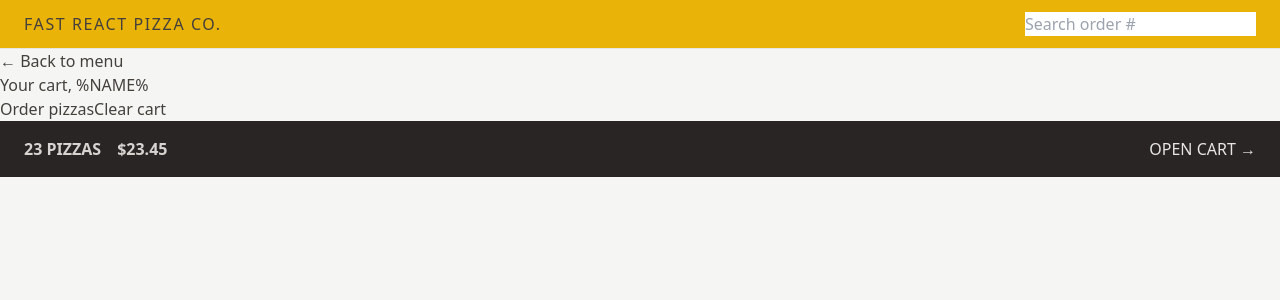
Repository: masamichan/pizza-vite
Page: /cart
An editor plug-in stored every save of this project. The page is shown before and after the next save, followed by the edit.
The browser window is 1280 px wide. The pictures show the whole page.
The project was rebuilt for these pictures with package versions that can differ from the ones it lists, and the page was loaded fresh each time. Also part of the build but not shown: vite.config.js, src/ui/Home.jsx, src/services/apiRestaurant.js, src/utils/helpers.js, src/features/menu/MenuItem.jsx, src/features/menu/Menu.jsx, src/features/order/CreateOrder.jsx, src/features/order/Order.jsx and 2 more. Imported but missing from the stored project, and not drawn on this page: src/features/user/CreateUser.

Above is the page before, as saved 2023-12-22 10:26:15.

### src/App.jsx
import { RouterProvider, createBrowserRouter } from "react-router-dom"
import Home from './ui/Home'
import Menu, {loader as menuLoader} from './features/menu/Menu';
import Cart from './features/cart/Cart';
import CreateOrder, {action as createOrderAction} from './features/order/CreateOrder';
import Order, {loader as orderLoader} from "./features/order/Order"
import AppLayout from "./ui/AppLayout";
import Error from "./ui/Error"

const router = createBrowserRouter([
  {
    element: <AppLayout />,
    errorElement: <Error />,
    children: [
  { path: "/", element: <Home/>},
  { path: "/menu", element: <Menu />, loader: menuLoader, errorElement: <Error />},
  {path: "/cart",element: <Cart />},
  {path: "/order/new",element: <CreateOrder />, action: createOrderAction},
  {path: "/order/:orderId", element: <Order />, loader: orderLoader, errorElement: <Error />}
    ],
  },
])




function App() {
  return <RouterProvider router={router} />
}

export default App

### src/ui/AppLayout.jsx
import Header from "./Header"
import Loader from './Loader'
import { Outlet, useNavigation } from "react-router-dom"
import CartOverview from "../features/cart/CartOverview"


function AppLayout() {
  const navigation = useNavigation()
  const isLoading = navigation.state === "loading"
  return (
    <div className="layout">
    {isLoading && <Loader />}

    <Header />
    <main>
      <Outlet />
    </main>
    <CartOverview/>
    </div>
  )
}

export default AppLayout

### src/ui/Header.jsx
import { Link } from 'react-router-dom';
import SearchOrder from '../features/order/SearchOrder';
import UserName from '../features/user/UserName';

function Header() {
  return (
    <header className="flex items-center justify-between border-b border-stone-200 bg-yellow-500 px-4 py-3 uppercase sm:px-6">
      <Link to="/" className="tracking-widest">
        Fast React Pizza Co.
      </Link>
      <SearchOrder />
      <UserName />
    </header>
  );
}

export default Header;

### src/features/cart/CartOverview.jsx
import { Link } from 'react-router-dom';

function CartOverview() {
  return (
    <div className="flex items-center justify-between bg-stone-800 px-4 py-4 text-sm uppercase text-stone-200 sm:px-6 md:text-base">
      <p className="sm-space-x-6 space-x-4 font-semibold text-stone-300">
        <span>23 pizzas</span>
        <span>$23.45</span>
      </p>
      <Link to="/cart">Open cart &rarr;</Link>
    </div>
  );
}

export default CartOverview;

### src/features/order/SearchOrder.jsx
import { useState } from "react"
import { useNavigate } from "react-router-dom";

function SearchOrder() {

  const[query, setQuery] = useState('')
  const navigate = useNavigate()

  function handleSubmit(e) {
    e.preventDefault();
    if(!query) return;
    navigate(`/order/${query}`)
    setQuery("");
  }

  return (
    <form onSubmit={handleSubmit}>
      <input
      placeholder="Search order #"
      value={query}
      onChange={(e) => setQuery(e.target.value)}
      />
    </form>
  )
}

export default SearchOrder

### src/features/user/UserName.jsx

function UserName() {
  return (
    <div className="text-sm hidden font-semibold">Masami</div>
  )
}

export default UserName

Loaded but not shown: index.html (common file); src/main.jsx (common file); src/index.css (common file); src/features/cart/Cart.jsx (common file); tailwind.config.js (common file)

After the next save:
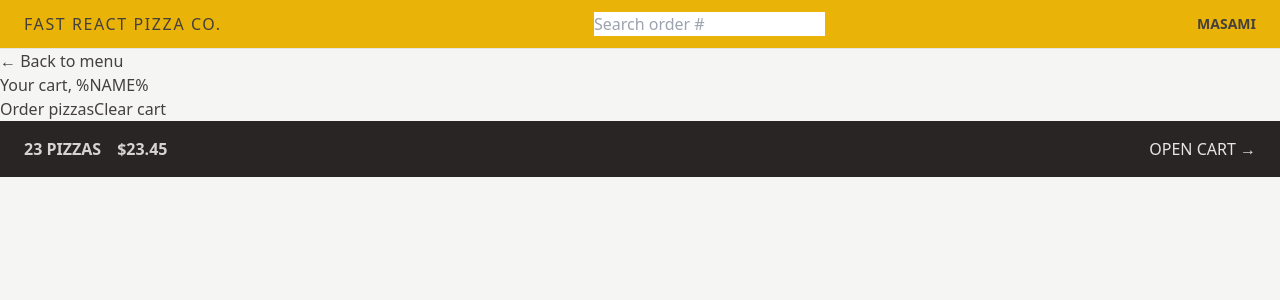
Saved 116 s later.
--- a/src/features/user/UserName.jsx
+++ b/src/features/user/UserName.jsx
@@ -1,8 +1,5 @@
-
 function UserName() {
-  return (
-    <div className="text-sm hidden font-semibold">Masami</div>
-  )
+  return <div className="hidden text-sm font-semibold md:block">Masami</div>;
 }
 
-export default UserName
+export default UserName;
